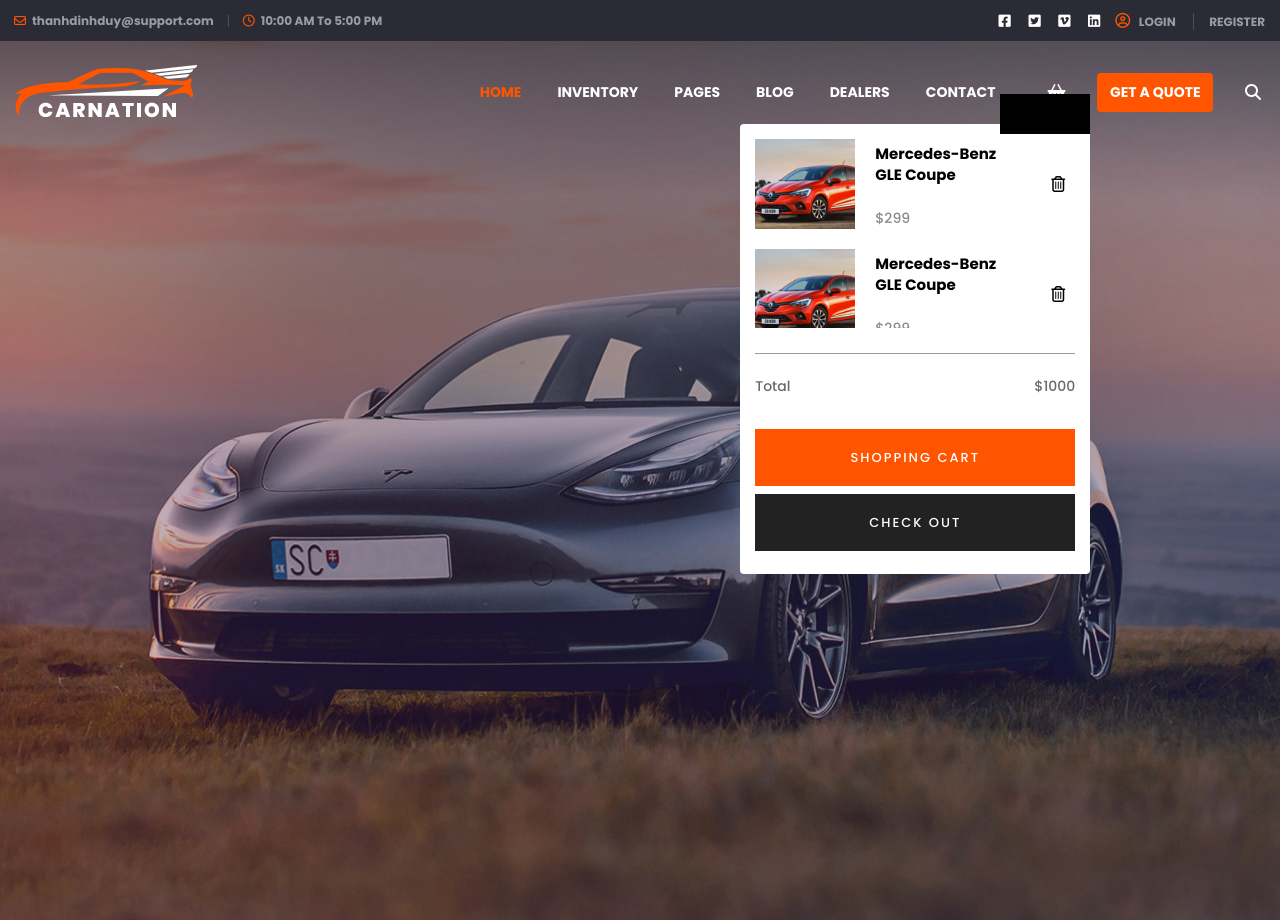
Repository: thanhdinh01/shopcar
Page: index.html
An editor plug-in stored every save of this project. The page is shown before and after the next save, followed by the edit.
The browser window is 1280 px wide. The pictures show the whole page.
Some web libraries are served in a nearby version. The style sheet was rebuilt from its Sass, Less or Tailwind sources for each picture, by a compiler version that may differ from the author's.

Above is the page before, as saved 2022-08-10 21:27:13.

After the next save:
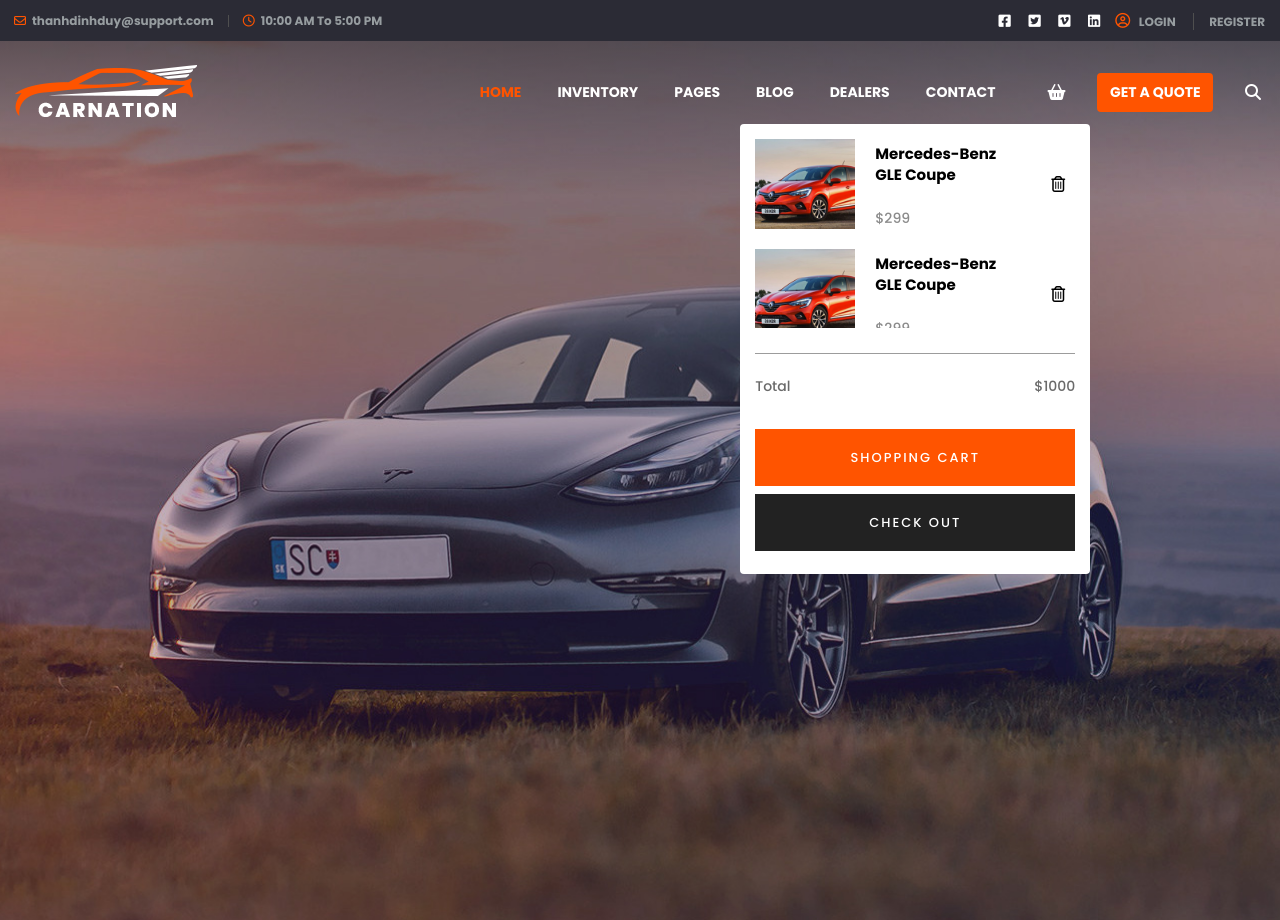
Saved 22 s later.
--- a/css/_header.scss
+++ b/css/_header.scss
@@ -156,15 +156,7 @@
           justify-content: space-between;
           background-color: $whiteColor;
           border-radius: 4px;
-          &::before {
-            content: "";
-            position: absolute;
-            right: 0px;
-            top: -30px;
-            height: 40px;
-            width: 90px;
-            background: black;
-          }
+
           .cart-top {
             max-height: 45%;
             width: 100%;
